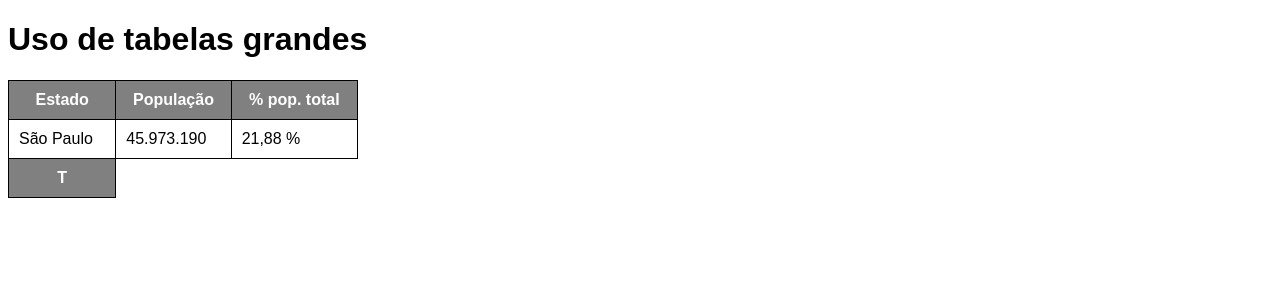
Repository: railsondev/html-css
Page: Módulo3/Exercicios/Ex02 - Tabelas/tabela002.html
An editor plug-in stored every save of this project. The page is shown before and after the next save, followed by the edit.
The browser window is 1280 px wide. The pictures show the whole page.

Above is the page before, as saved 2024-10-18 18:08:29.

### Módulo3/Exercicios/Ex02 - Tabelas/tabela002.html
<!DOCTYPE html>
<html lang="pt-br">
<head>
  <meta charset="UTF-8">
  <meta name="viewport" content="width=device-width, initial-scale=1.0">
  <title>Tabelas grandes</title>
  <link rel="stylesheet" href="src/css/estilo01.css">
</head>
<body>
  <h1>Uso de tabelas grandes</h1>
  <table>
    <thead>
      <tr>
        <th>Estado</th>
        <th>População</th>
        <th>% pop. total</th>
      </tr>
    </thead>
    <tbody>
      <td>São Paulo</td>
      <td>45.973.190</td>
      <td class="porc">21,88</td>
    </tbody>
    <tfoot>
      <tr>
        <th>T</th>
      </tr>
    </tfoot>
  </table>
</body>
</html>

### Módulo3/Exercicios/Ex02 - Tabelas/src/css/estilo01.css
@charset 'UTF-8';

body {
  font-family: Arial, Helvetica, sans-serif;
}
.porc::after {
  content: ' %';
}

table {
  width: 350px;
  border-collapse: collapse;
}
td, th {
  border: 1px solid black;
  padding: 10px;
}
thead, tfoot {
  background-color: gray;
  color: white;
}

After the next save:
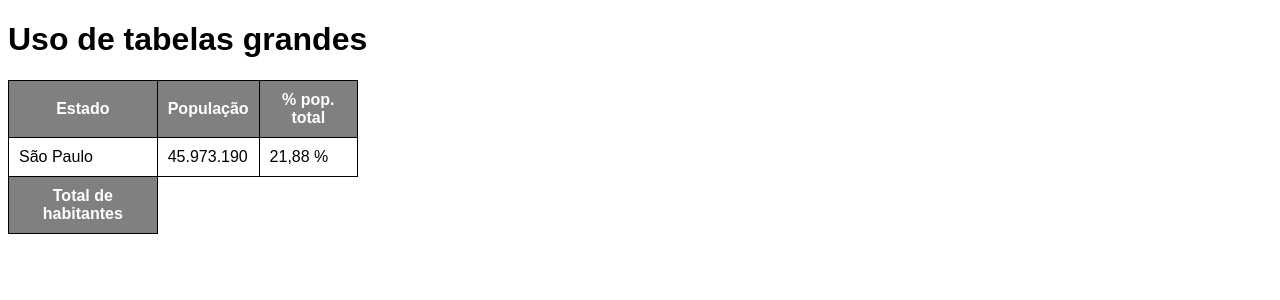
Saved 6 s later.
--- a/Módulo3/Exercicios/Ex02 - Tabelas/tabela002.html
+++ b/Módulo3/Exercicios/Ex02 - Tabelas/tabela002.html
@@ -23,7 +23,7 @@
     </tbody>
     <tfoot>
       <tr>
-        <th>T</th>
+        <th>Total de habitantes</th>
       </tr>
     </tfoot>
   </table>
